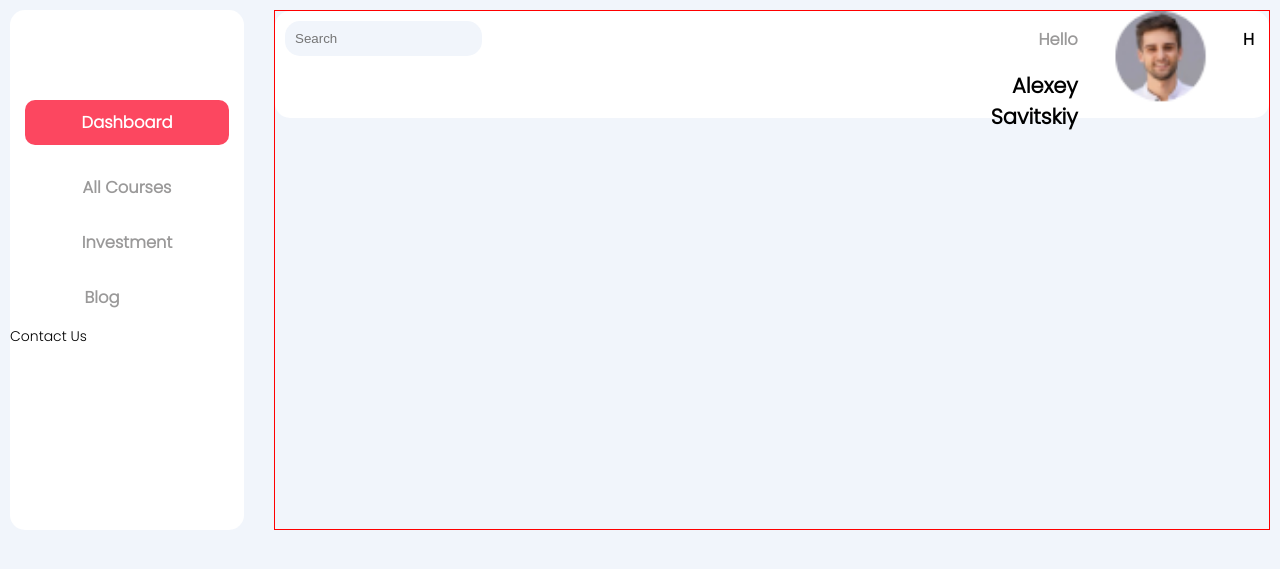
Repository: Anuruddha00/dashboard-design
Page: /
The author's editor kept a copy of each file at every save. The page is drawn from the files as they stood at one save, then again after the next save.
The browser window is 1280 px wide. The pictures show the whole page.
The project was rebuilt for these pictures with package versions that can differ from the ones it lists, and the page was loaded fresh each time.

Above is the page before, as saved 2021-05-07 01:03:30.

After the next save:
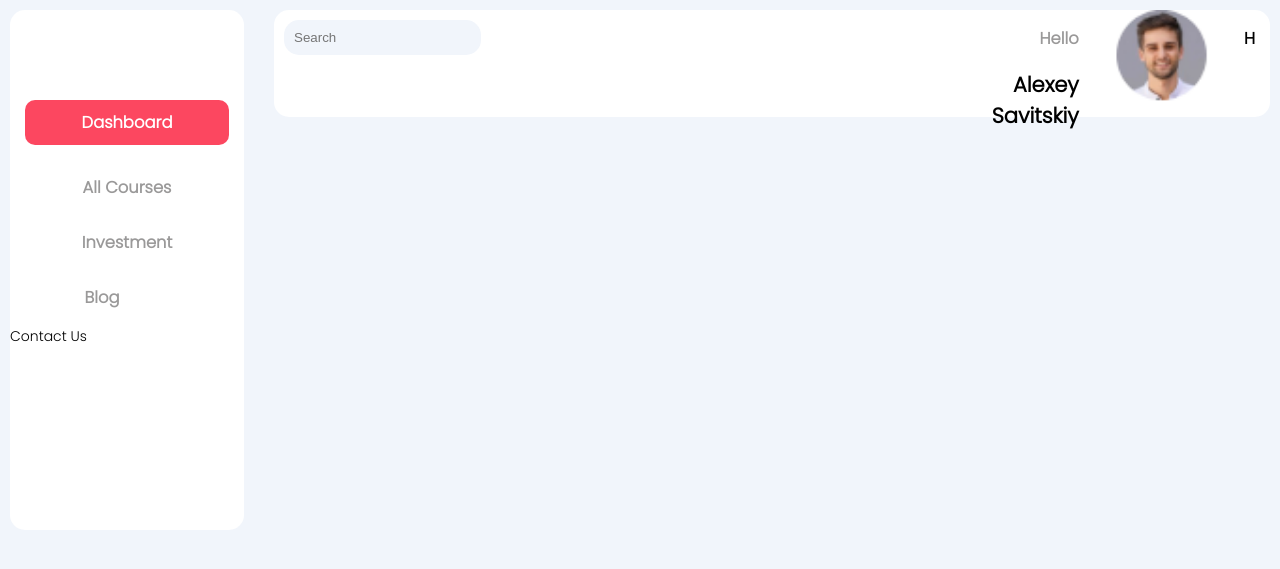
Saved 20 s later.
--- a/src/containers/Dashboard/Dashboard.scss
+++ b/src/containers/Dashboard/Dashboard.scss
@@ -57,7 +57,7 @@ body{
             }
         }
         &Menu{
-            border: 1px solid red;
+            // border: 1px solid red;
             grid-column: 2;
             grid-row: 1 / 6;
             margin: 10px;
